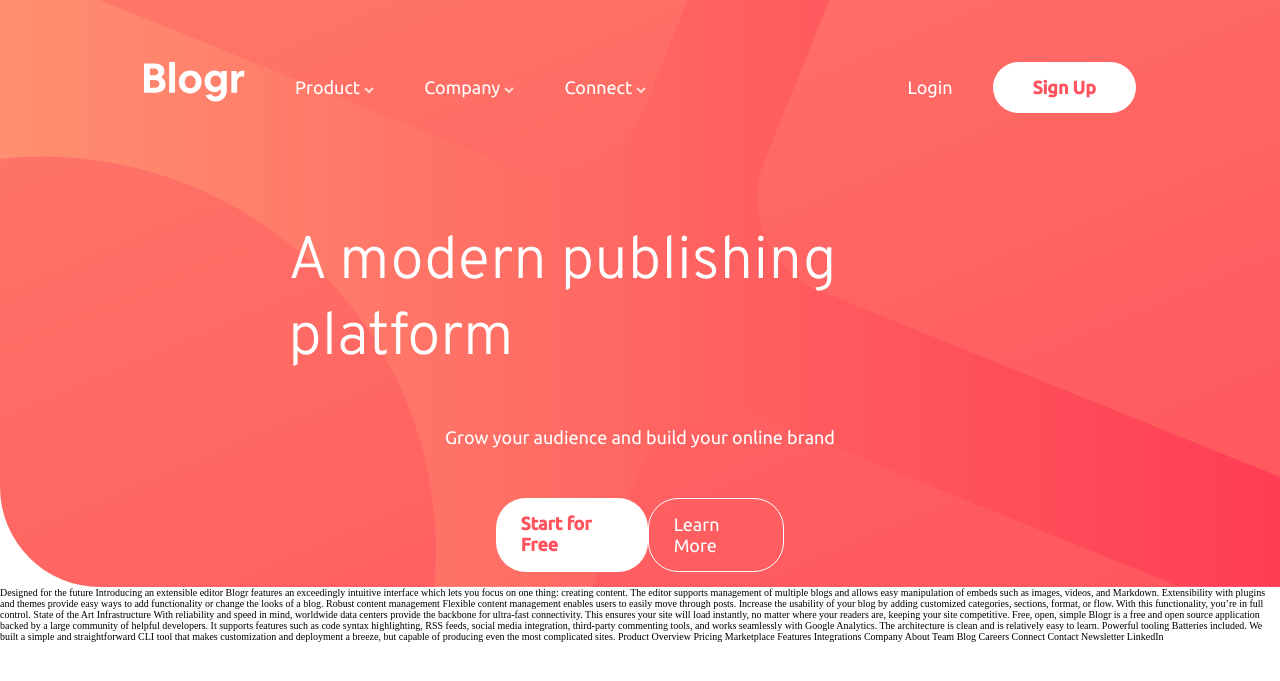
Repository: tomas938/tomaspage3
Page: index.html
An editor plug-in stored every save of this project. The page is shown before and after the next save, followed by the edit.
The browser window is 1280 px wide. The pictures show the whole page.
The style sheet was rebuilt from its Sass, Less or Tailwind sources for each picture, by a compiler version that may differ from the author's.

Above is the page before, as saved 2021-07-30 09:28:08.

### index.html
<!DOCTYPE html>
<html lang="en">
	<head>
		<meta charset="UTF-8" />
		<meta name="viewport" content="width=device-width, initial-scale=1.0" />
		<!-- displays site properly based on user's device -->

		<link
			rel="icon"
			type="image/png"
			sizes="32x32"
			href="./images/favicon-32x32.png"
		/>

		<title>Frontend Mentor | [Blogr]</title>

		<link rel="stylesheet" href="./scss/main.css" />
	</head>
	<body>
		<section class="intro">
			<header>
				<nav class="intro__navigation">
					<div class="intro__navigation__logo">
						<svg width="101" height="40" xmlns="http://www.w3.org/2000/svg">
							<path
								d="M0 30.803V1.486h10.653c1.982 0 3.695.31 5.14.93 1.446.619 2.56 1.5 3.345 2.642.785 1.142 1.177 2.484 1.177 4.026 0 1.404-.303 2.636-.909 3.695a6.48 6.48 0 01-2.56 2.498c1.487.578 2.643 1.494 3.469 2.746.826 1.253 1.239 2.732 1.239 4.439 0 1.707-.44 3.18-1.322 4.418-.88 1.239-2.12 2.202-3.716 2.89-1.596.688-3.482 1.033-5.657 1.033H0zM5.946 6.565v6.73h4.046c1.35 0 2.388-.282 3.118-.846.73-.564 1.094-1.397 1.094-2.498 0-1.101-.365-1.94-1.094-2.519-.73-.578-1.769-.867-3.118-.867H5.946zm0 19.159h4.624c1.542 0 2.732-.33 3.572-.991.84-.66 1.26-1.61 1.26-2.85 0-1.238-.42-2.188-1.26-2.848-.84-.66-2.03-.991-3.572-.991H5.946v7.68zm19.282 5.079V0h5.781v30.803h-5.78zm20.893.619c-1.624 0-3.124-.29-4.5-.867a10.94 10.94 0 01-3.593-2.416 10.96 10.96 0 01-2.374-3.654c-.564-1.404-.846-2.931-.846-4.583 0-1.652.289-3.173.867-4.563a11.354 11.354 0 012.415-3.654 10.96 10.96 0 013.634-2.436c1.39-.578 2.91-.867 4.562-.867 1.625 0 3.125.289 4.501.867a10.94 10.94 0 013.592 2.416 11.01 11.01 0 012.375 3.633c.564 1.39.846 2.911.846 4.563 0 1.651-.289 3.179-.867 4.583a11.297 11.297 0 01-2.416 3.675 10.96 10.96 0 01-3.633 2.436c-1.39.578-2.911.867-4.563.867zm.083-5.203c1.046 0 1.982-.275 2.808-.825.825-.551 1.48-1.301 1.96-2.25.483-.95.723-2.03.723-3.242 0-1.211-.24-2.292-.722-3.241-.482-.95-1.136-1.7-1.961-2.25-.826-.551-1.762-.826-2.808-.826-1.046 0-1.982.275-2.808.825-.826.55-1.48 1.301-1.961 2.25-.482.95-.723 2.03-.723 3.242 0 1.211.241 2.292.723 3.241.482.95 1.135 1.7 1.961 2.25.826.551 1.762.826 2.808.826zm24.155 3.964a9.13 9.13 0 01-3.86-.826 9.492 9.492 0 01-3.118-2.291c-.881-.977-1.57-2.12-2.065-3.427-.495-1.308-.743-2.719-.743-4.233 0-1.569.255-3.02.764-4.356a10.614 10.614 0 012.147-3.489 10.174 10.174 0 013.22-2.333c1.225-.564 2.554-.846 3.985-.846 1.404 0 2.67.282 3.799.846a7.402 7.402 0 012.807 2.457l.124-2.684h5.327v19.2c0 1.68-.269 3.207-.805 4.584-.537 1.376-1.301 2.56-2.292 3.55a10.231 10.231 0 01-3.53 2.292c-1.363.537-2.87.805-4.522.805-1.624 0-3.083-.254-4.376-.764a10.468 10.468 0 01-3.386-2.126 10.035 10.035 0 01-2.271-3.18L67.097 32a5.452 5.452 0 001.92 1.879c.784.454 1.672.681 2.663.681 1.074 0 2.003-.24 2.787-.723.785-.481 1.397-1.156 1.838-2.023.44-.867.66-1.879.66-3.035v-1.775a7.793 7.793 0 01-2.828 2.333c-1.143.564-2.402.846-3.778.846zm1.404-5.12c1.018 0 1.92-.254 2.704-.764a5.556 5.556 0 001.879-2.064c.468-.867.702-1.851.702-2.952 0-1.102-.234-2.086-.702-2.953a5.556 5.556 0 00-1.879-2.064c-.784-.51-1.686-.764-2.704-.764-1.019 0-1.92.255-2.705.764a5.556 5.556 0 00-1.879 2.064c-.468.867-.702 1.851-.702 2.953 0 1.1.234 2.085.702 2.952a5.556 5.556 0 001.88 2.064c.784.51 1.685.764 2.704.764zm15.607 5.74V9h5.327l.206 3.304c.55-1.157 1.294-2.044 2.23-2.664.936-.62 2.037-.929 3.303-.929.386 0 .77.035 1.156.103.386.07.73.159 1.033.269l-.62 5.698a4.361 4.361 0 00-.929-.227 7.495 7.495 0 00-.97-.062c-1.597 0-2.822.489-3.675 1.466-.853.977-1.28 2.36-1.28 4.15v10.694h-5.78z"
								fill="#FFF"
								fill-rule="nonzero"
							/>
						</svg>
						<ul>
							<li>
								<a href="#">Product</a>
								<svg xmlns="http://www.w3.org/2000/svg" width="10" height="7">
									<path
										fill="none"
										stroke="#FFF"
										stroke-width="2"
										opacity=".75"
										d="M1 1l4 4 4-4"
									/>
								</svg>
							</li>
							<li>
								<a href="#">Company</a>
								<svg xmlns="http://www.w3.org/2000/svg" width="10" height="7">
									<path
										fill="none"
										stroke="#FFF"
										stroke-width="2"
										opacity=".75"
										d="M1 1l4 4 4-4"
									/>
								</svg>
							</li>
							<li>
								<a href="#">Connect</a>
								<svg xmlns="http://www.w3.org/2000/svg" width="10" height="7">
									<path
										fill="none"
										stroke="#FFF"
										stroke-width="2"
										opacity=".75"
										d="M1 1l4 4 4-4"
									/>
								</svg>
							</li>
						</ul>
					</div>
					<div class="intro__navigation__login">
						<div class="button button--1">Login</div>
						<div class="button button--2">Sign Up</div>
					</div>
				</nav>
			</header>
			<div class="intro__description">
				<h1>A modern publishing platform</h1>
				<p>Grow your audience and build your online brand</p>
				<div class="intro__description__buttons">
					<div class="button button--3">Start for Free</div>
					<div class="button button--4">Learn More</div>
				</div>
			</div>
		</section>

		Designed for the future Introducing an extensible editor Blogr features an
		exceedingly intuitive interface which lets you focus on one thing: creating
		content. The editor supports management of multiple blogs and allows easy
		manipulation of embeds such as images, videos, and Markdown. Extensibility
		with plugins and themes provide easy ways to add functionality or change the
		looks of a blog. Robust content management Flexible content management
		enables users to easily move through posts. Increase the usability of your
		blog by adding customized categories, sections, format, or flow. With this
		functionality, you’re in full control. State of the Art Infrastructure With
		reliability and speed in mind, worldwide data centers provide the backbone
		for ultra-fast connectivity. This ensures your site will load instantly, no
		matter where your readers are, keeping your site competitive. Free, open,
		simple Blogr is a free and open source application backed by a large
		community of helpful developers. It supports features such as code syntax
		highlighting, RSS feeds, social media integration, third-party commenting
		tools, and works seamlessly with Google Analytics. The architecture is clean
		and is relatively easy to learn. Powerful tooling Batteries included. We
		built a simple and straightforward CLI tool that makes customization and
		deployment a breeze, but capable of producing even the most complicated
		sites. Product Overview Pricing Marketplace Features Integrations Company
		About Team Blog Careers Connect Contact Newsletter LinkedIn
	</body>
</html>

### scss/main.scss
@import "../scss_partials/variables";
@import "../scss_partials/resets";
@import "../scss_partials/intro";

### scss_partials/_variables.scss
//Colors

/* PRIMARY */

$light-red: hsl(356, 100%, 66%);
$very-light-red: hsl(355, 100%, 74%);
$very-dark-blue: hsl(208, 49%, 24%);

/* NEUTRAL */

$white: hsl(0, 0%, 100%);
$grayish-blue: hsl(240, 2%, 79%); //Footer Text
$very-dark-grayish-blue: hsl(207, 13%, 34%);
$very-dark-black-blue: hsl(240, 10%, 16%); //Footer Background

/* GRADIENT */

$very-light-red-gradient: hsl(13, 100%, 72%); // Intro /CTA
$light-red-gradient: hsl(353, 100%, 62%); // Intro /CTA

$very-dark-gray-blue: hsl(237, 17%, 21%); // Background body gradient
$very-dark-desaturated-blue: hsl(237, 23%, 32%); // Background body gradient

//Fonts

@import url("https://fonts.googleapis.com/css2?family=Overpass:wght@300;600&display=swap");

$font-primary: "Overpass", sans-serif;
$font-weight-primary-light: 300;
$font-weight-primary-bold: 600;

@import url("https://fonts.googleapis.com/css2?family=Ubuntu:ital,wght@0,400;0,500;1,700&display=swap");

$font-secondary: "Ubuntu", sans-serif;

$font-weight-secondary-light: 400;
$font-weight-secondary-medium: 500;
$font-weight-secondary-bold: 700;

### scss_partials/_resets.scss
* {
	margin: 0;
	padding: 0;
	box-sizing: border-box;
}
html {
	font-size: 62.5%;
}
li {
	list-style: none;
}
a {
	text-decoration: none;
}

### scss_partials/_intro.scss
.intro {
	height: 81.5vh;
	background-image: url(../images/bg-pattern-intro.svg),
		linear-gradient(to right, $very-light-red-gradient, $light-red-gradient);
	background-position: center center;
	border-bottom-left-radius: 10rem;
	font-family: $font-secondary;
	font-weight: $font-weight-secondary-light;
	color: $white;
	font-size: 1.8rem;
	header {
		width: 100%;
	}
	&__navigation {
		width: 77.5%;
		margin: auto;
		padding: 6.2rem 0;
		display: flex;
		justify-content: space-between;
		&__logo {
			display: flex;
		}
		ul {
			display: flex;
			align-items: center;
		}
		li {
			margin-left: 5rem;
		}

		a {
			color: $white;
		}
		&__login {
			display: flex;
			align-items: center;
		}
	}
	&__description {
		width: 55%;
		margin: auto;
		h1 {
			padding: 5rem 0;
			font-size: 6rem;
			font-family: $font-primary;
			font-weight: $font-weight-secondary-light;
		}
		p {
			text-align: center;
		}
		&__buttons {
			padding: 5rem 0;
			width: 41%;
			margin: auto;
			display: flex;
			justify-content: space-between;
		}
	}
}
.button {
	cursor: pointer;
	padding: 1.5rem 4rem;
	border-radius: 3rem;
}
.button--2 {
	background-color: $white;
	color: $light-red;
	font-family: $font-secondary;
	font-weight: $font-weight-secondary-bold;
	transition: all 0.3s ease-in-out;
}
.button--2:hover {
	background-color: hsla(0, 0%, 100%, 0.267);
	color: $white;
}
.button--3 {
	background-color: $white;
	color: $light-red;
	font-family: $font-secondary;
	font-weight: $font-weight-secondary-bold;
	transition: all 0.3s ease-in-out;
	padding: 1.5rem 2.5rem;
}
.button--3:hover {
	background-color: hsla(0, 0%, 100%, 0.267);
	color: $white;
}
.button--4 {
	border: 1px solid $white;
	padding: 1.5rem 2.5rem;
}

After the next save:
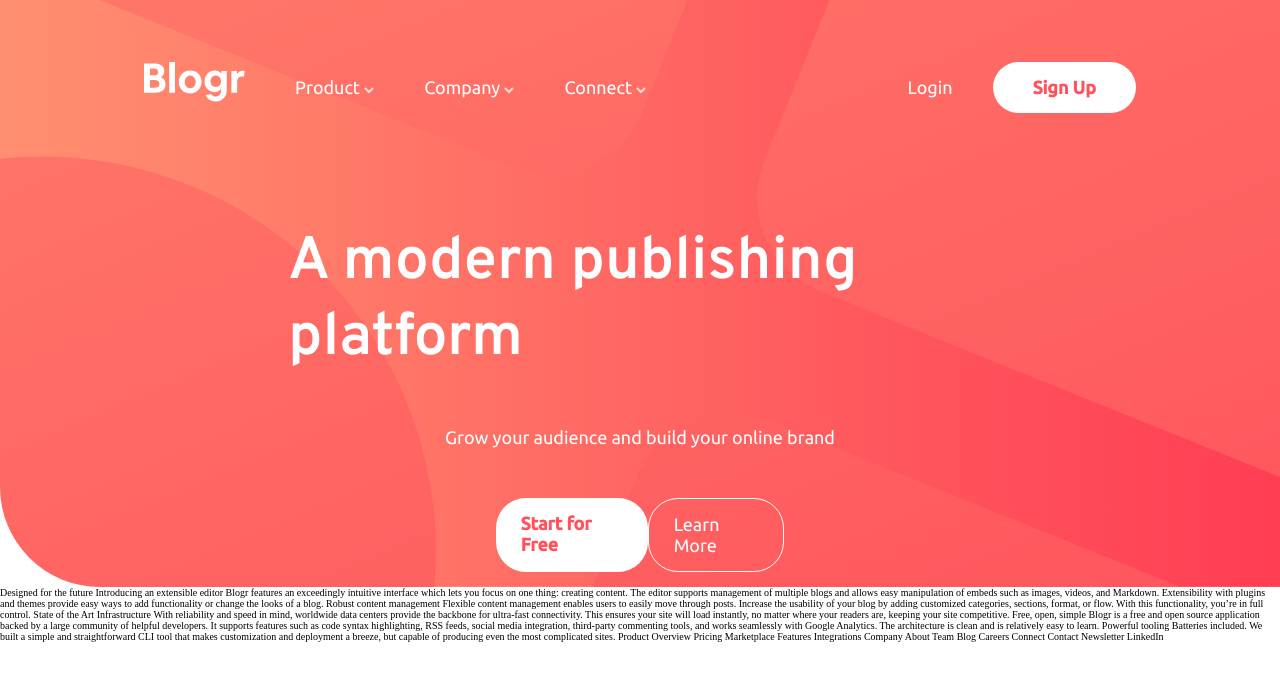
Saved 12 s later.
--- a/scss_partials/_intro.scss
+++ b/scss_partials/_intro.scss
@@ -43,7 +43,7 @@
 			padding: 5rem 0;
 			font-size: 6rem;
 			font-family: $font-primary;
-			font-weight: $font-weight-secondary-light;
+			font-weight: $font-weight-primary-bold;
 		}
 		p {
 			text-align: center;
